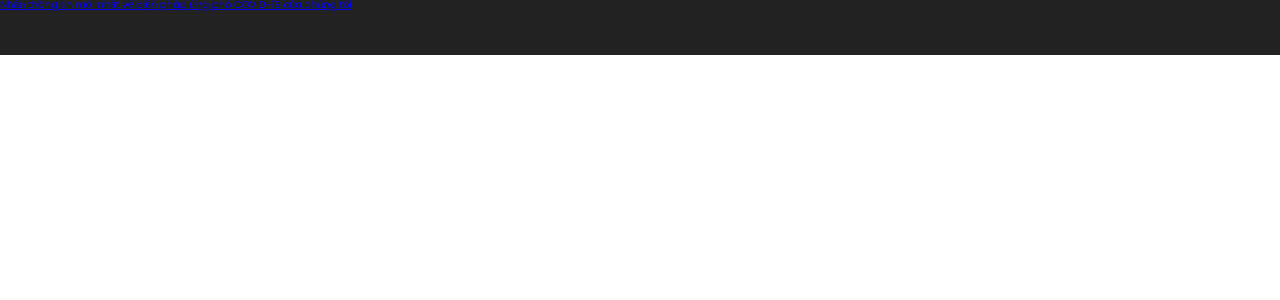
Repository: vanntrong/airbnb-clone
Page: index.html
These files come from the project's save history. The page is drawn as it stood at one moment and after the next save; the edit follows.
The browser window is 1280 px wide. The pictures show the whole page.

Above is the page before, as saved 2021-09-18 18:05:26.

After the next save:
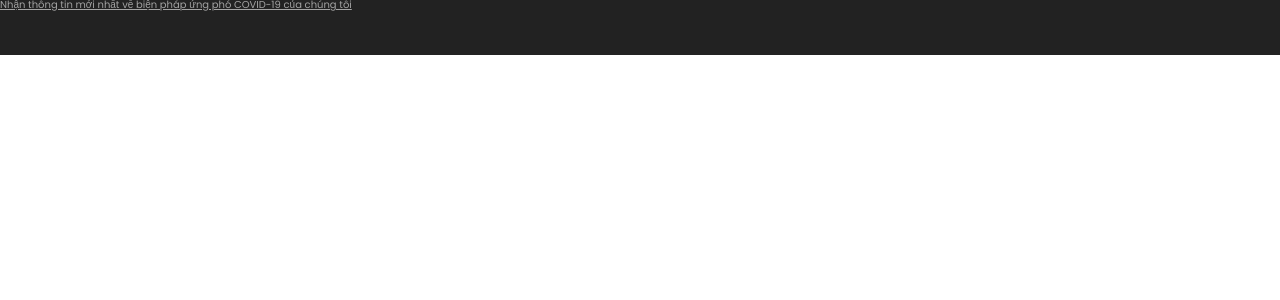
Saved 10 s later.
--- a/assets/css/style.css
+++ b/assets/css/style.css
@@ -6,9 +6,9 @@
   width: 100%;
   height: 55px;
   background-color: #222;
-  color: #a3a3a3;
 }
 
 .header__covid a {
   display: block;
+  color: #a3a3a3;
 }
